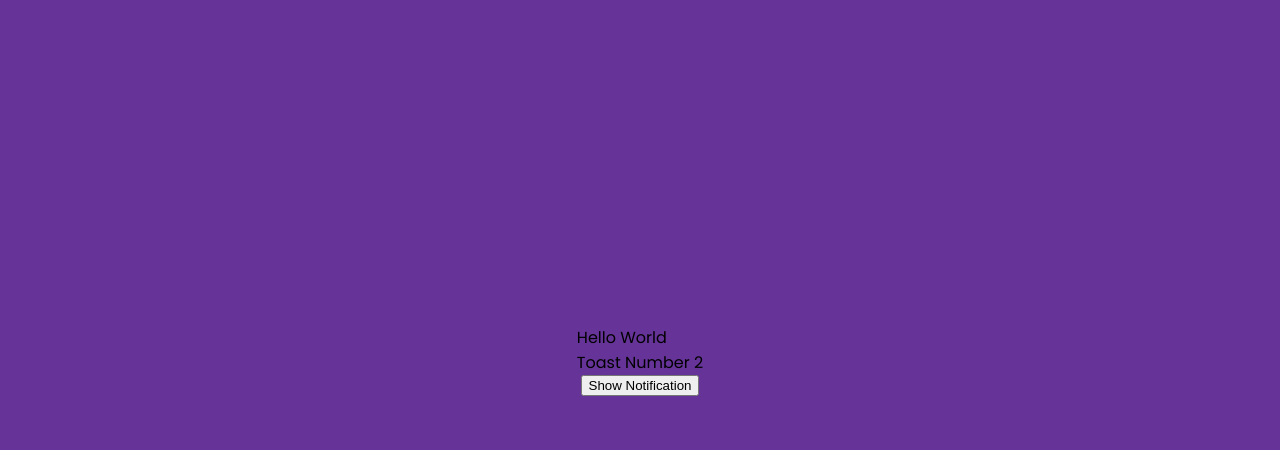
Repository: eagle-tex/50-projects-BT
Page: 27-toast-notification/index.html
An editor plug-in stored every save of this project. The page is shown before and after the next save, followed by the edit.
The browser window is 1280 px wide. The pictures show the whole page.

Above is the page before, as saved 2021-01-19 22:07:20.

After the next save:
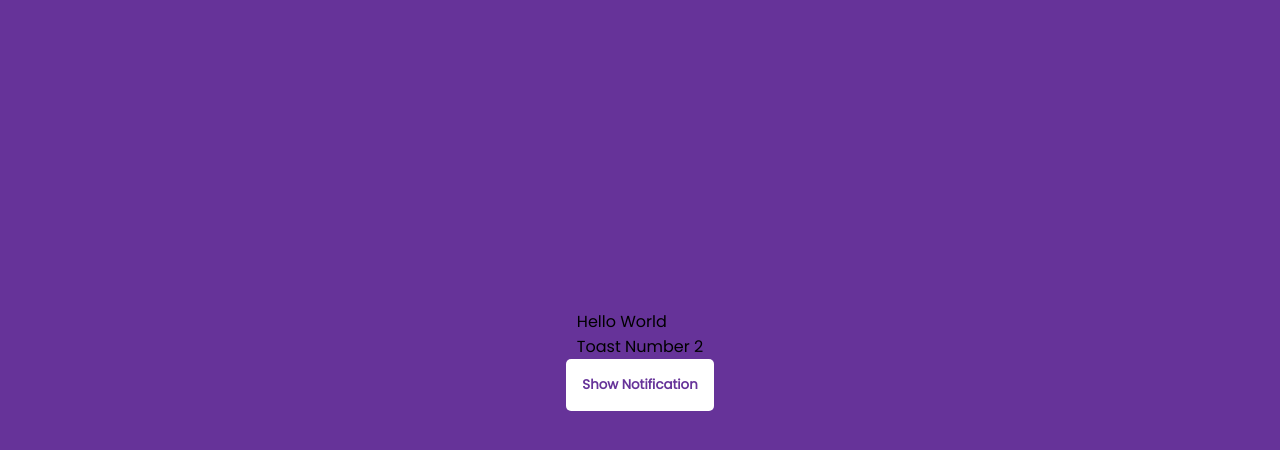
Saved 54 s later.
--- a/27-toast-notification/style.css
+++ b/27-toast-notification/style.css
@@ -15,3 +15,18 @@ body {
   overflow: hidden;
   margin: 0;
 }
+
+.btn {
+  background-color: #fff;
+  color: rebeccapurple;
+  font-family: inherit;
+  font-weight: bold;
+  padding: 1rem;
+  border-radius: 5px;
+  -webkit-border-radius: 5px;
+  -moz-border-radius: 5px;
+  -ms-border-radius: 5px;
+  -o-border-radius: 5px;
+  border: none;
+  cursor: pointer;
+}
